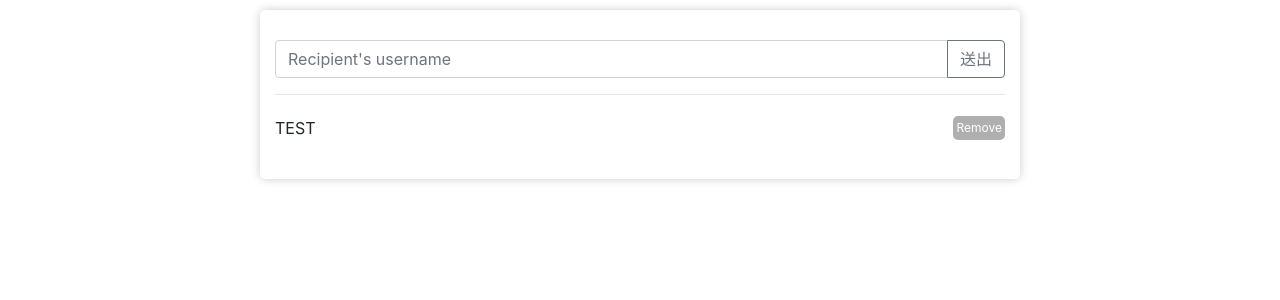
Repository: iian0910/vue3_todoList
Page: /
The author's editor kept a copy of each file at every save. The page is drawn from the files as they stood at one save, then again after the next save.
The browser window is 1280 px wide. The pictures show the whole page.
The project was rebuilt for these pictures with package versions that can differ from the ones it lists, and the page was loaded fresh each time.

Above is the page before, as saved 2021-02-23 16:12:50.

After the next save:
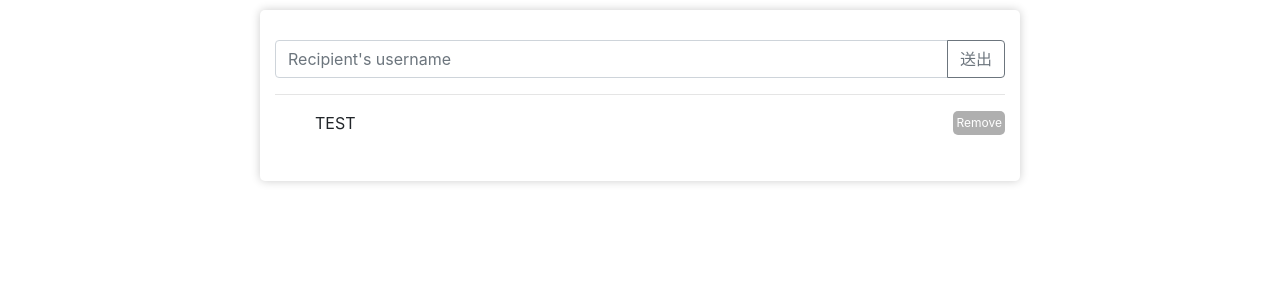
Saved 14 s later.
--- a/src/components/TodoList.vue
+++ b/src/components/TodoList.vue
@@ -85,8 +85,6 @@ export default defineComponent({
   box-shadow: 0px 0px 10px 0px rgba(0, 0, 0, 0.2);
 }
 .list{
-  padding: 5px 0;
-  margin: 0;
   list-style: none;
 }
 .remove-list{
